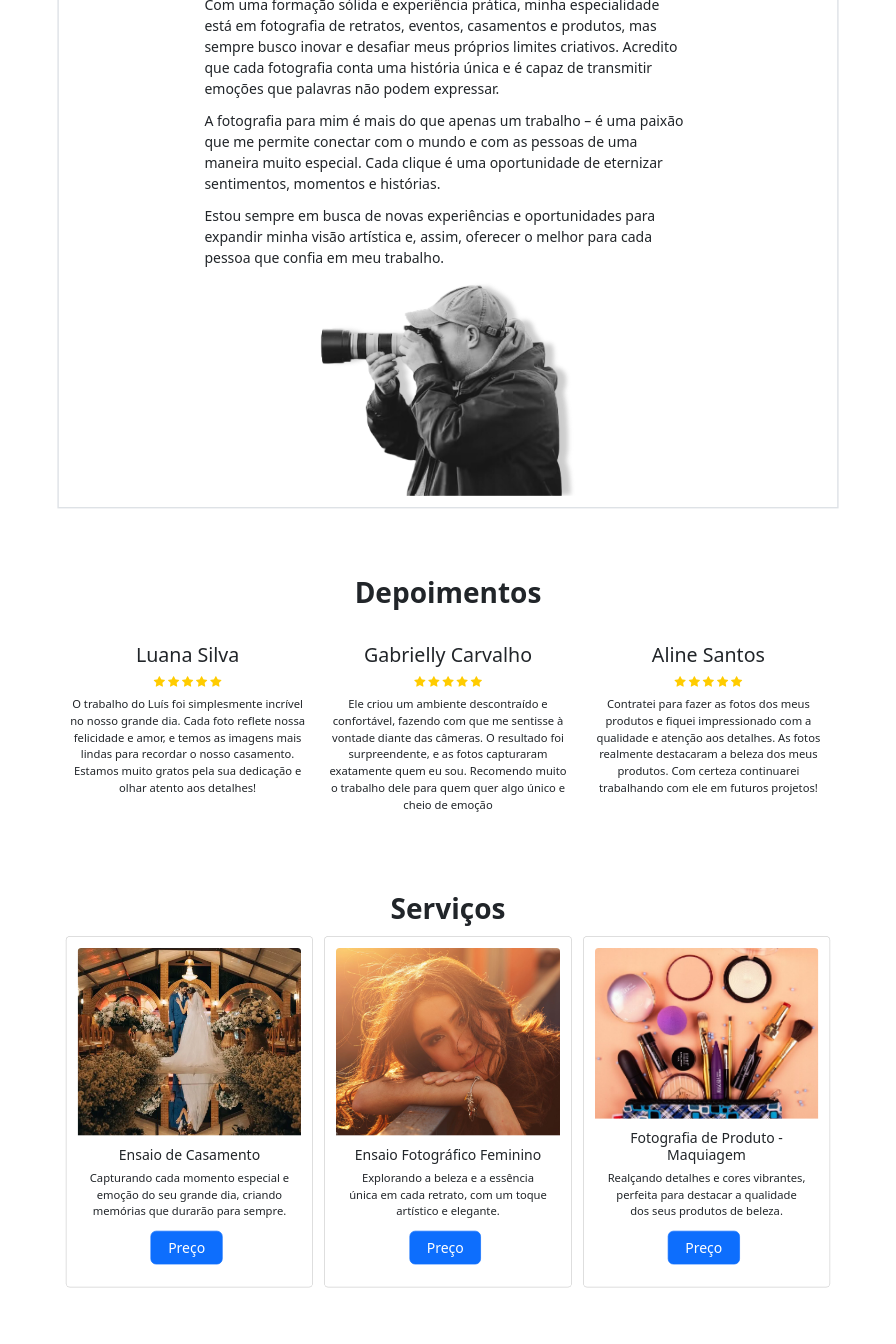
Repository: Marinalr-25/portifolio-fotografia
Page: index.html
These files come from the project's save history. The page is drawn as it stood at one moment and after the next save; the edit follows.
The browser window is 1280 px wide. The pictures show the part of the page from y = 1565 to 3485 px (the page is 3485 px tall), at 70% of full size.
A picture or video elsewhere on the page could not be fetched, so the positions and the page height are approximate.

Above is the page before, as saved 2025-01-20 13:25:36.

After the next save:
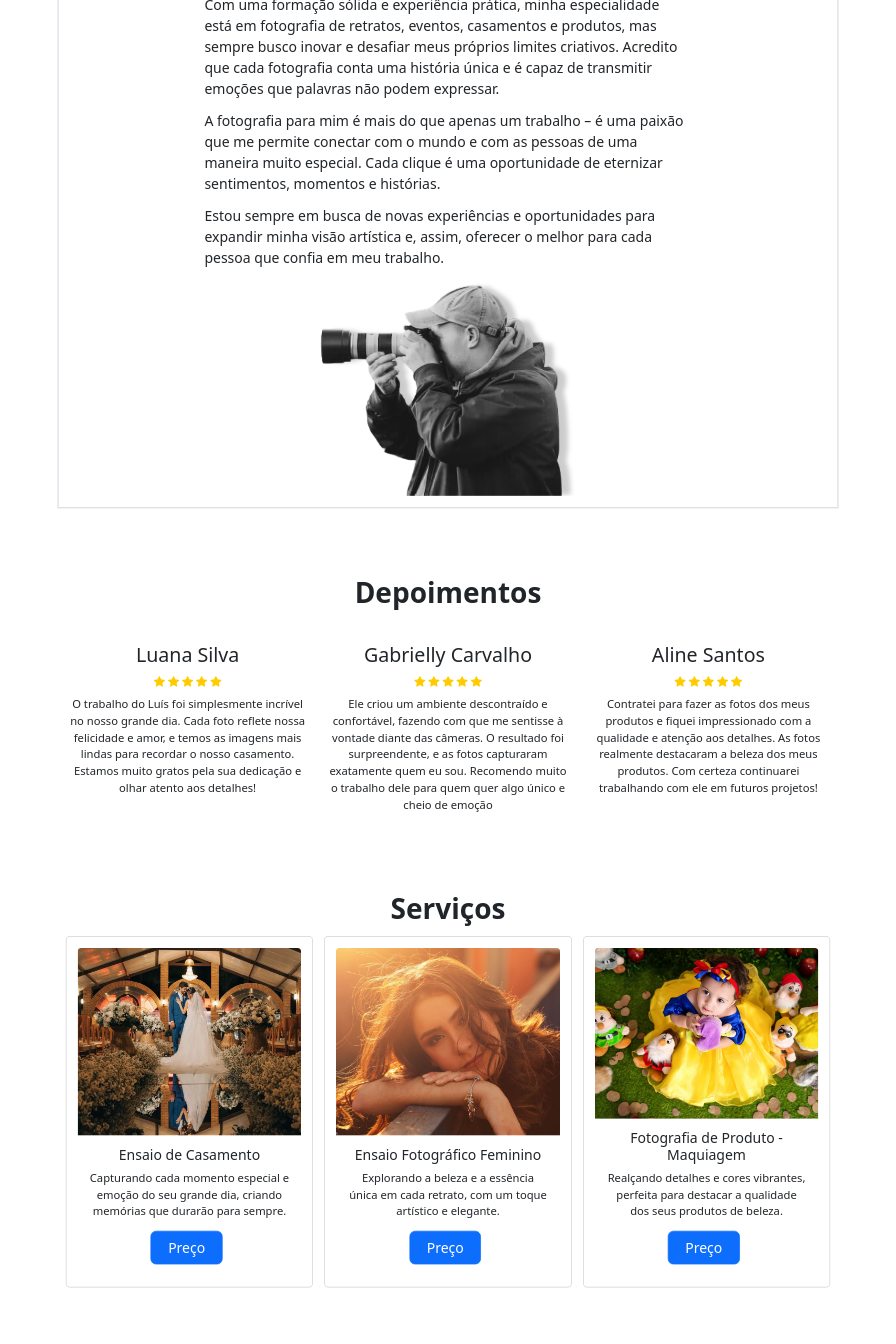
Saved 87 s later.
--- a/index.html
+++ b/index.html
@@ -320,7 +320,7 @@
         <div class="col-lg-4 col-12">
           <div class="card p-3 mb-2">
             <img
-              src="src/maquiagem.jpg"
+              src="src/crianca.jpeg"
               class="card-img-top"
               alt="ensaio fotografico de produto (maquiagem)"
             />
